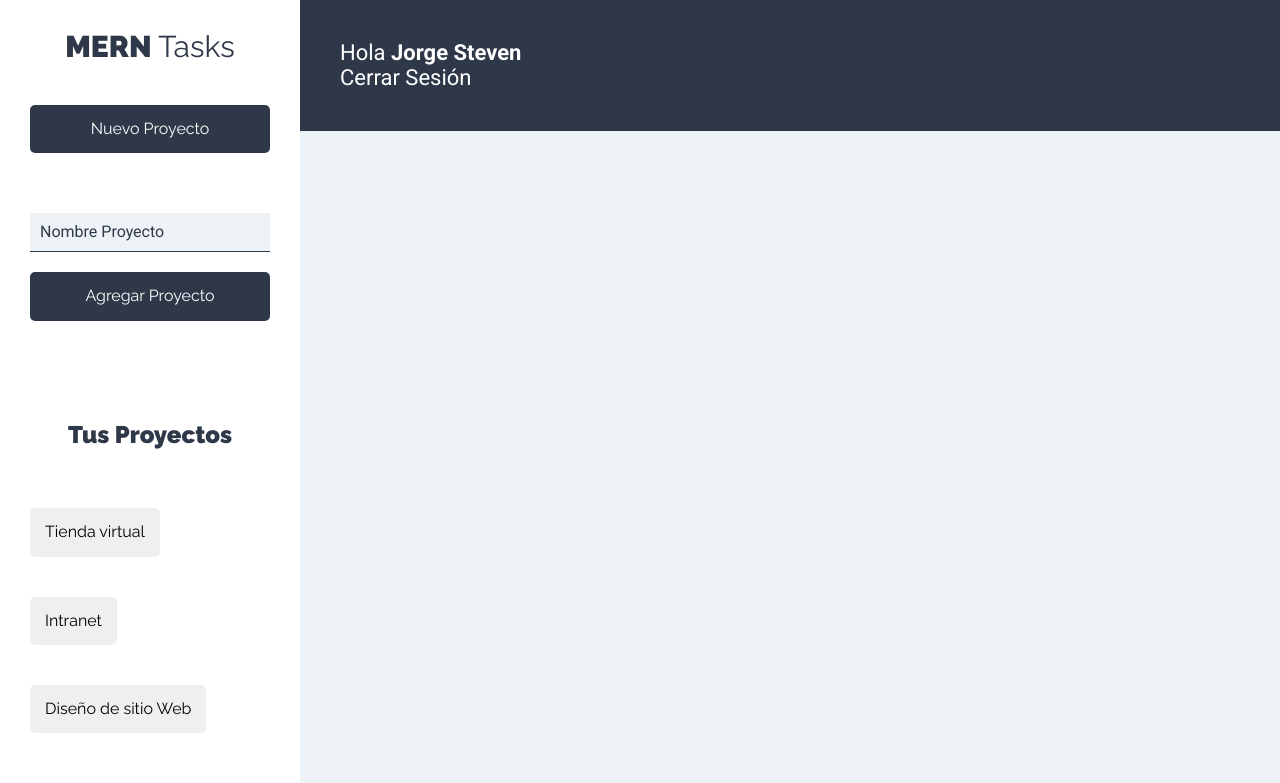
Repository: tive02/MERNTask-cliente
Page: /proyectos
The author's editor kept a copy of each file at every save. The page is drawn from the files as they stood at one save, then again after the next save.
The browser window is 1280 px wide. The pictures show the whole page.
The project was rebuilt for these pictures with package versions that can differ from the ones it lists, and the page was loaded fresh each time. Also part of the build but not shown: src/components/auth/Login.js, src/components/auth/NuevaCuenta.js.

Above is the page before, as saved 2021-03-19 21:21:23.

### public/index.html
<!DOCTYPE html>
<html lang="en">
  <head>
    <meta charset="utf-8" />
    <link rel="icon" href="%PUBLIC_URL%/favicon.ico" />
    <meta name="viewport" content="width=device-width, initial-scale=1" />
    <meta name="theme-color" content="#000000" />
    <meta
      name="description"
      content="Web site created using create-react-app"
    />
    <link rel="apple-touch-icon" href="logo192.png" />

    <link rel="manifest" href="%PUBLIC_URL%/manifest.json" />
    <link
      rel="stylesheet"
      href="https://cdnjs.cloudflare.com/ajax/libs/normalize/8.0.1/normalize.min.css"
    />
    <link
      href="https://fonts.googleapis.com/css?family=Raleway:400,900|Roboto:300,400,700&display=swap"
      rel="stylesheet"
    />
    <title>MERNTasks</title>
  </head>
  <body>
    <noscript>You need to enable JavaScript to run this app.</noscript>
    <div id="root"></div>
  </body>
</html>

### src/index.css
:root {
  --blanco: #ffffff;
  --gris1: #edf2f6;
  --gris2: #2f3848;
  --gris3: #1a202d;
  --negro: #000000;
  --headingFont: "Raleway", sans-serif;
  --textFont: "Roboto", sans-serif;
}
*,
*:before,
*:after {
  box-sizing: inherit;
}
html {
  box-sizing: border-box;
  height: 100%;
  font-size: 62.5%;
}
body {
  min-height: 100%;
  background-color: var(--gris1);
  font-size: 16px;
  font-size: 1.6rem;
  font-family: var(--textFont);
}

h1,
h2 {
  font-family: var(--headingFont);
  font-weight: 900;
  margin: 0 0 4rem 0;
  text-align: center;
  color: var(--gris2);
}
h1 span {
  font-weight: 400;
}
h1 {
  font-size: 3rem;
}
h2 {
  font-size: 2.4rem;
}
ul {
  list-style: none;
  padding: 0;
  margin: 0;
}
a {
  text-decoration: none;
  color: var(--gris2);
}

/** BOTONES **/
.btn {
  margin-top: 2rem;
  font-family: var(--headingFont);
  padding: 1.5rem;
  font-size: 1.4;
  font-weight: 400;
  border-radius: 0.5rem;
  border: none;
  transition: background-color 0.3s ease;
}
.btn:hover {
  cursor: pointer;
}
.btn-primario {
  background-color: var(--gris2);
  color: var(--blanco);
}
.btn-primario:hover {
  background: var(--gris3);
}
.btn-secundario {
  background-color: var(--gris1);
}
.btn-block {
  display: block;
  width: 100%;
}
.btn-submit:hover {
  background-color: var(--gris2);
}
.btn-blank {
  margin: 0;
  padding: 0;
  display: block;
  background-color: transparent;
}

@media (min-width: 768px) {
  .contenedor-app {
    display: flex;
    min-height: 100vh;
  }

  aside {
    background-color: var(--blanco);
    flex: 0 0 300px;
  }
  .seccion-principal {
    flex: 1;
  }
}

/* BARRA LATERAL */
aside {
  padding: 3rem;
}

.formulario-nuevo-proyecto {
  margin-top: 6rem;
}
.formulario-nuevo-proyecto .input-text {
  border-bottom: 1px solid var(--gris2);
  border-radius: 0;
  background-color: var(--gris1);
}
.formulario-nuevo-proyecto .input-text::placeholder {
  color: var(--gris2);
}
.proyectos {
  margin-top: 10rem;
}
.listado-proyectos li {
  margin-bottom: 2rem;
}
.listado-proyectos li a {
  font-size: 1.4rem;
  color: var(--gris2);
  line-height: 1.5;
  font-weight: 300;
}
.app-header {
  display: flex;
  justify-content: space-between;
  background-color: var(--gris2);
  padding: 4rem;
}
.nombre-usuario {
  color: var(--blanco);
  font-size: 2.2rem;
  margin: 0;
}
.nombre-usuario span {
  font-weight: 900;
}
.nav-principal a {
  color: var(--blanco);
  text-decoration: none;
}
.nav-principal a:first-of-type {
  margin-right: 2rem;
}

/** Formulario crear y editar tareas **/
.formulario {
  background-color: var(--gris3);
  padding: 4rem;
}
.formulario form {
  max-width: 600px;
  margin: 0 auto;
}
.contenedor-input {
  display: flex;
}
.contenedor-input label {
  margin-bottom: 1rem;
  color: var(--blanco);
}
.input-text {
  padding: 1rem;
  border: none;
  border-radius: 0.5rem;
  flex: 1;
  width: 100%;
}

/** TAREAS LISTADO **/
.contenedor-tareas {
  padding: 4rem;
}

.listado-tareas {
  max-width: 600px;
  margin: 0 auto;
}

.tarea {
  display: flex;
  justify-content: space-between;
  background-color: var(--blanco);
  padding: 0.5rem 2rem;
  align-items: center;
  margin-bottom: 1rem;
  border-radius: 0.5rem;
}
.sombra {
  -webkit-box-shadow: 0px 4px 10px -3px rgba(117, 117, 117, 1);
  -moz-box-shadow: 0px 4px 10px -3px rgba(117, 117, 117, 1);
  box-shadow: 0px 4px 10px -3px rgba(117, 117, 117, 1);
}
.sombra-dark {
  -webkit-box-shadow: 0px 6px 11px -8px rgba(0, 0, 0, 0.9);
  -moz-box-shadow: 0px 6px 11px -8px rgba(0, 0, 0, 0.9);
  box-shadow: 0px 6px 11px -8px rgba(0, 0, 0, 0.9);
}
.tarea .acciones .btn:first-of-type {
  margin-right: 1rem;
}
.tarea p {
  font-size: 1.6rem;
  flex: 1;
  padding-right: 2rem;
}
.tarea .btn {
  padding: 0.8rem;
  font-size: 1.4rem;
  border-radius: 0;
  margin: 0;
}

.estado {
  margin-right: 1rem;
}
.estado button,
.mensaje {
  font-weight: 900;
  font-family: var(--textFont);
  font-size: 1rem;
  padding: 0.5rem;
  border-radius: 0.5rem;
  cursor: pointer;
  border: none;
}
.mensaje {
  text-align: center;
  font-size: 1.6rem;
  border-radius: 0;
}
.mensaje:hover {
  cursor: default;
}
.completo,
.correcto {
  background-color: rgba(154, 252, 154, 0.3);
  color: var(--gris3);
}
.incompleto {
  background-color: rgba(255, 178, 178, 0.4);
  color: var(--gris3);
}
.error {
  max-width: 600px;
  margin: 2rem auto 0 auto;
  background-color: rgb(170, 0, 0);
  color: var(--blanco);
}

.tarea-enter,
.proyecto-enter {
  opacity: 0;
}
.tarea-enter-active,
.proyecto-enter-active {
  opacity: 1;
  transition: opacity 200ms;
}
.tarea-exit,
.proyecto-exit {
  opacity: 1;
}
.tarea-exit-active,
.proyecto-exit-active {
  opacity: 0;
  transition: opacity 200ms;
}

.form-usuario {
  background-color: var(--gris2);
  height: 100vh;
  min-height: 800px;
  display: flex;
  align-items: center;
  justify-content: center;
}

.contenedor-form {
  padding: 5rem 3rem;
  max-width: 500px;
  width: 95%;
  background-color: var(--blanco);
  border-radius: 1rem;
}

.campo-form {
  display: flex;
  margin-bottom: 2rem;
  align-items: center;
}
.campo-form:last-of-type {
  margin: 0;
}
.campo-form label {
  flex: 0 0 100px;
  font-family: var(--textFont);
}
.campo-form input[type="password"],
.campo-form input[type="email"],
.campo-form input[type="text"] {
  border: 1px solid #e1e1e1;
  padding: 1rem;
  flex: 1;
}

.enlace-cuenta {
  margin-top: 2rem;
  display: block;
  opacity: 0.7;
}

### src/App.js
import React from "react";
import { BrowserRouter as Router, Switch, Route } from "react-router-dom";
import Login from "./components/auth/Login";
import NuevaCuenta from "./components/auth/NuevaCuenta";
import Proyectos from "./components/proyectos/Proyectos";

function App() {
  return (
    <Router>
      <Switch>
        <Route exact path="/" component={Login} />
        <Route exact path="/nueva-cuenta" component={NuevaCuenta} />
        <Route exact path="/proyectos" component={Proyectos} />
      </Switch>
    </Router>
  );
}

export default App;

### src/components/proyectos/Proyectos.js
import React from "react";
import Barra from "../layout/Barra";
import Sidebar from "../layout/Sidebar";
const Proyectos = () => {
  return (
    <div className="contenedor-app">
      <Sidebar />

      <div className="seccion-principal">
        <Barra />
        <main>
          <div className="contenedor-tareas"></div>
        </main>
      </div>
    </div>
  );
};

export default Proyectos;

### src/components/layout/Barra.js
import React from "react";
const Barra = () => {
  return (
    <header className="app-header">
      <p className="nombre-usuario">
        Hola <span>Jorge Steven</span>
        <nav className="nav-principal">
          <a href="#!">Cerrar Sesión</a>
        </nav>
      </p>
    </header>
  );
};

export default Barra;

### src/components/layout/Sidebar.js
import React from "react";
import ListadoProyectos from "../proyectos/ListadoProyectos";
import NuevoProyecto from "../proyectos/NuevoProyecto";

const Sidebar = () => {
  return (
    <aside>
      <h1>
        MERN <span>Tasks</span>
      </h1>
      <NuevoProyecto />
      <div className="proyectos">
        <h2>Tus Proyectos</h2>
        <ListadoProyectos />
      </div>
    </aside>
  );
};

export default Sidebar;

### src/components/proyectos/ListadoProyectos.js
import React from "react";
import Proyecto from "./Proyecto";

const ListadoProyectos = () => {
  const proyectos = [
    { nombre: "Tienda virtual" },
    { nombre: "Intranet" },
    { nombre: "Diseño de sitio Web" },
  ];
  return (
    <ul className="listado-proyectos">
      {proyectos.map((proyecto) => (
        <Proyecto proyecto={proyecto} />
      ))}
    </ul>
  );
};

export default ListadoProyectos;

### src/components/proyectos/NuevoProyecto.js
import React, { Fragment, useState } from "react";

const NuevoProyecto = () => {
  //State para el proyecto
  const [proyecto, guardarProyecto] = useState({
    nombre: "",
  });

  // Extraer nombre del proyecto
  const { nombre } = proyecto;

  //Lee el contenido del input
  const onChangeProyecto = (e) => {
    guardarProyecto({
      ...proyecto,
      [e.target.name]: e.target.value,
    });
  };
  //cuando el usuario envia el proyecto
  const onSubmitProyecto = (e) => {
    e.preventDefault();
    //Validar el proyecto

    //Agregar al State

    //Reiniciar el form
  };
  return (
    <Fragment>
      <button className="btn btn-block btn-primario" type="button">
        Nuevo Proyecto
      </button>
      <form className="formulario-nuevo-proyecto" onSubmit={onSubmitProyecto}>
        <input
          type="text"
          className="input-text"
          placeholder="Nombre Proyecto"
          name="nombre"
          onChange={onChangeProyecto}
          value={nombre}
        />
        <input
          type="submit"
          className="btn btn-block btn-primario"
          value="Agregar Proyecto"
        />
      </form>
    </Fragment>
  );
};

export default NuevoProyecto;

### src/components/proyectos/Proyecto.js
import React from "react";

const Proyecto = ({ proyecto }) => {
  return (
    <li>
      <button type="button" className="btn btn-black">
        {proyecto.nombre}
      </button>
    </li>
  );
};

export default Proyecto;

Loaded but not shown: src/index.js (common file); src/reportWebVitals.js (common file)

After the next save:
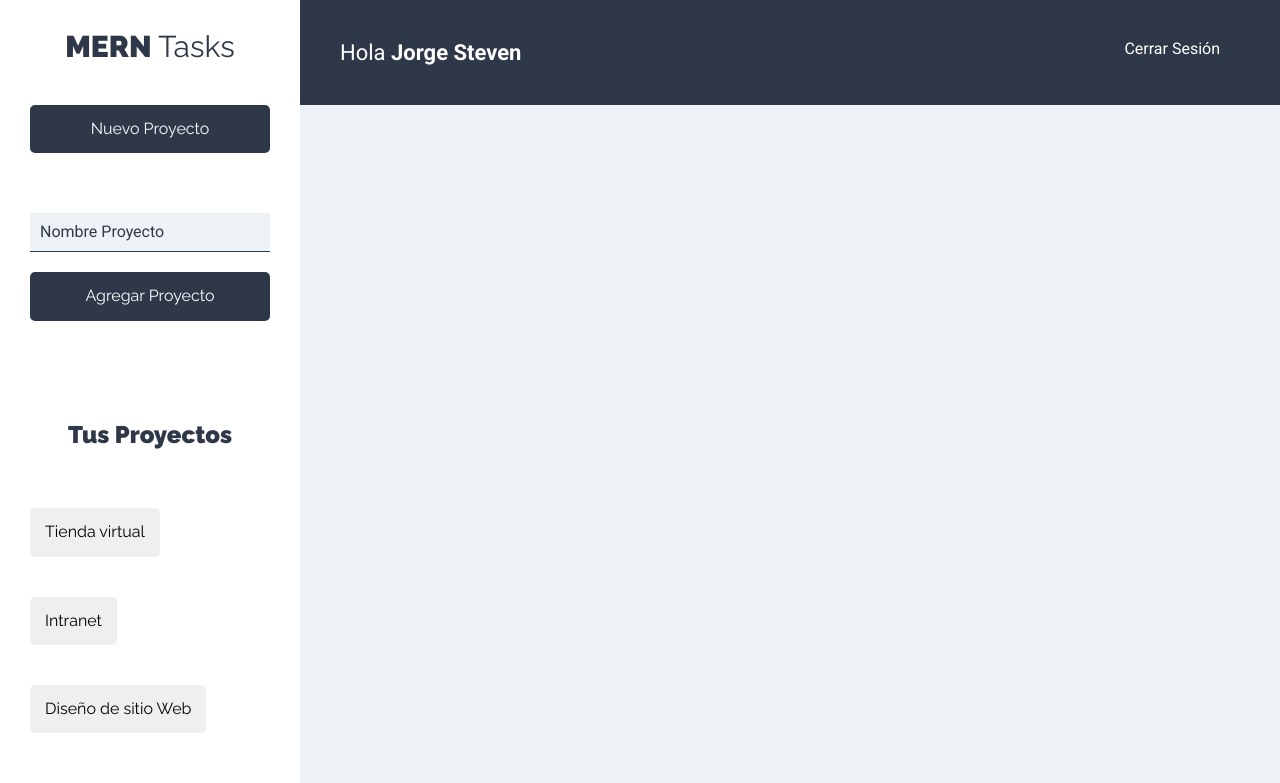
Saved 4 min 33 s later.
--- a/src/components/layout/Barra.js
+++ b/src/components/layout/Barra.js
@@ -4,10 +4,10 @@ const Barra = () => {
     <header className="app-header">
       <p className="nombre-usuario">
         Hola <span>Jorge Steven</span>
-        <nav className="nav-principal">
-          <a href="#!">Cerrar Sesión</a>
-        </nav>
       </p>
+      <nav className="nav-principal">
+        <a href="#!">Cerrar Sesión</a>
+      </nav>
     </header>
   );
 };
